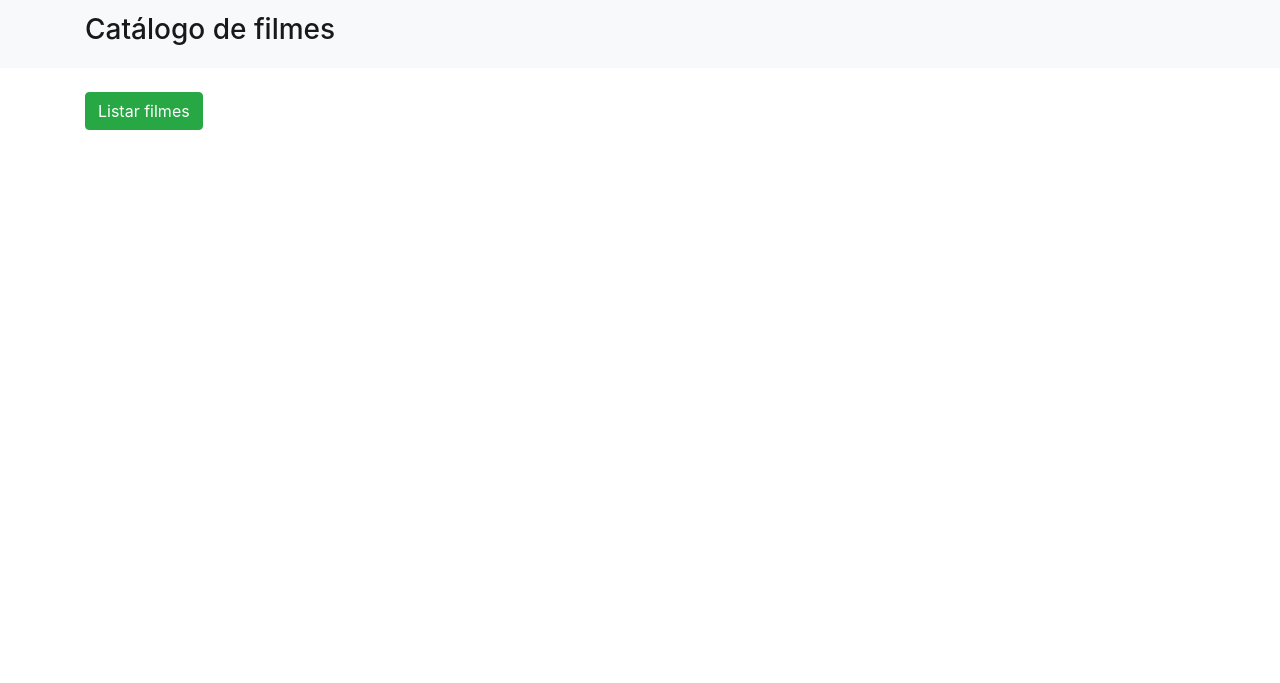
Repository: FredeRibeiro/htdocs-Desenvolvimento-Web-Completo-2019
Page: ajax/filmes2.html
These files come from the project's save history. The page is drawn as it stood at one moment and after the next save; the edit follows.
The browser window is 1280 px wide. The pictures show the whole page.
After loading, the first visible `button.btn` was clicked once.

Above is the page before, as saved 2019-10-16 15:44:05.
Console error: TypeError: Cannot read properties of undefined (reading 'pais')

### ajax/filmes2.html
<html lang="pt-br">
	<head>
		<meta charset="utf-8">
		<title>Catálogo de filmes</title>
		<link rel="stylesheet" href="https://stackpath.bootstrapcdn.com/bootstrap/4.1.3/css/bootstrap.min.css" integrity="sha384-MCw98/SFnGE8fJT3GXwEOngsV7Zt27NXFoaoApmYm81iuXoPkFOJwJ8ERdknLPMO" crossorigin="anonymous">

		<script src="xmltojson.js"></script>
		<script>
			function getFilmes() {
				let xmlHttp = new XMLHttpRequest();
				xmlHttp.open('GET', 'http://localhost/ajax/filmes.json')

				xmlHttp.onreadystatechange = () => {
					if(xmlHttp.readyState == 4 && xmlHttp.status == 200) {

						let JSONFilmes = xmlHttp.responseText;



						let objJSONFilmes = JSON.parse(JSONFilmes)

						for (let i in objJSONFilmes.filmes) {
							let item = objJSONFilmes.filmes[i]

							console.log(item);

							let divRow = document.createElement('div')
							divRow.className = 'row'

							let divCol = document.createElement('div')
							divCol.className = 'col'

							let p1 = document.createElement('p')
							p1.innerHTML = '<strong>Título:</strong> ' + item.titulo

							let p2 = document.createElement('p')
							p2.innerHTML = '<strong>Resumo:</strong> ' + item.resumo

							let genero = ''
							for (let g in item.generos) {
								if (genero) genero += ', '

								genero += item.generos[g].genero
							}

							let p3 = document.createElement('p')
							p3.innerHTML = '<strong>Gênero:</strong> ' + genero

							let elenco = ''
							for (let e in item.elenco) {
								if (elenco) elenco += ', '

								elenco += item.elenco[e].ator
							}

							let p4 = document.createElement('p')
							p4.innerHTML = '<strong>Elenco:</strong> ' + elenco

							let p5 = document.createElement('p')
							p5.innerHTML = '<strong>Data de lançamento:</strong> ' + item.dataLancamento['#text'] + ' (' + item.dataLancamento['@attributes']['pais'] + ')'

							let hr = document.createElement('hr')

							divRow.appendChild(divCol)
							divCol.appendChild(p1)
							divCol.appendChild(p2)
							divCol.appendChild(p3)
							divCol.appendChild(p4)
							divCol.appendChild(p5)
							divCol.appendChild(hr)

							document.getElementById('lista').appendChild(divRow)


						}
					}
				}

				xmlHttp.send()
			}
		</script>
	</head>
	<body>

		<nav class="navbar navbar-light bg-light mb-4">
			<div class="container">
				<div class="navbar-brand mb-0 h1">
					<h3>Catálogo de filmes</h3>
				</div>
			</div>
		</nav>

		<div class="container" id="lista">
			<div class="row mb-5">
				<div class="col">
					<button type="button" class="btn btn-success" onclick="getFilmes()">Listar filmes</button>
				</div>
			</div>


		</div>
	</body>
</html>

### ajax/xmltojson.js
function xmlToJson(xml) {


    var obj = {}, i, j, attribute, item, nodeName, old;

    if (xml.nodeType === 1) { // element
        // do attributes
        if (xml.attributes.length > 0) {
            obj["@attributes"] = {};
            for (j = 0; j < xml.attributes.length; j = j + 1) {
                attribute = xml.attributes.item(j);
                obj["@attributes"][attribute.nodeName] = attribute.nodeValue;
            }
        }
    } else if (xml.nodeType === 3) { // text
        obj = xml.nodeValue.trim();
    }

    // do children
    if (xml.hasChildNodes()) {
        for (i = 0; i < xml.childNodes.length; i = i + 1) {
            item = xml.childNodes.item(i);
            nodeName = item.nodeName;
            if ((obj[nodeName]) === undefined) {
                obj[nodeName] = xmlToJson(item);
            } else {
                if ((obj[nodeName].push) === undefined) {
                    old = obj[nodeName];
                    obj[nodeName] = [];
                    obj[nodeName].push(old);
                }
                obj[nodeName].push(xmlToJson(item));
            }
        }
    }
    return obj;
};

Loaded but not shown: ajax/filmes.json (common file)

After the next save:
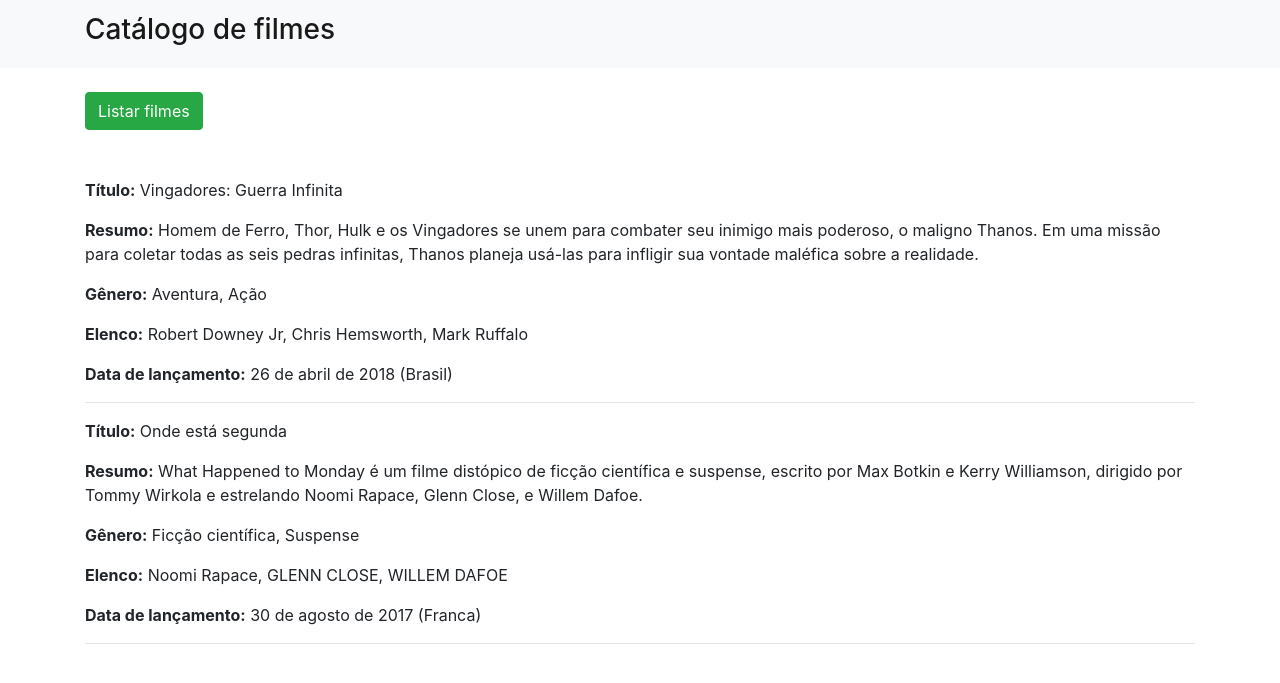
The error is gone.
Saved 33 s later.
--- a/ajax/filmes2.html
+++ b/ajax/filmes2.html
@@ -57,7 +57,7 @@
 							p4.innerHTML = '<strong>Elenco:</strong> ' + elenco
 
 							let p5 = document.createElement('p')
-							p5.innerHTML = '<strong>Data de lançamento:</strong> ' + item.dataLancamento['#text'] + ' (' + item.dataLancamento['@attributes']['pais'] + ')'
+							p5.innerHTML = '<strong>Data de lançamento:</strong> ' + item.dataLancamento.data + ' (' + item.dataLancamento.pais + ')'
 
 							let hr = document.createElement('hr')
 
